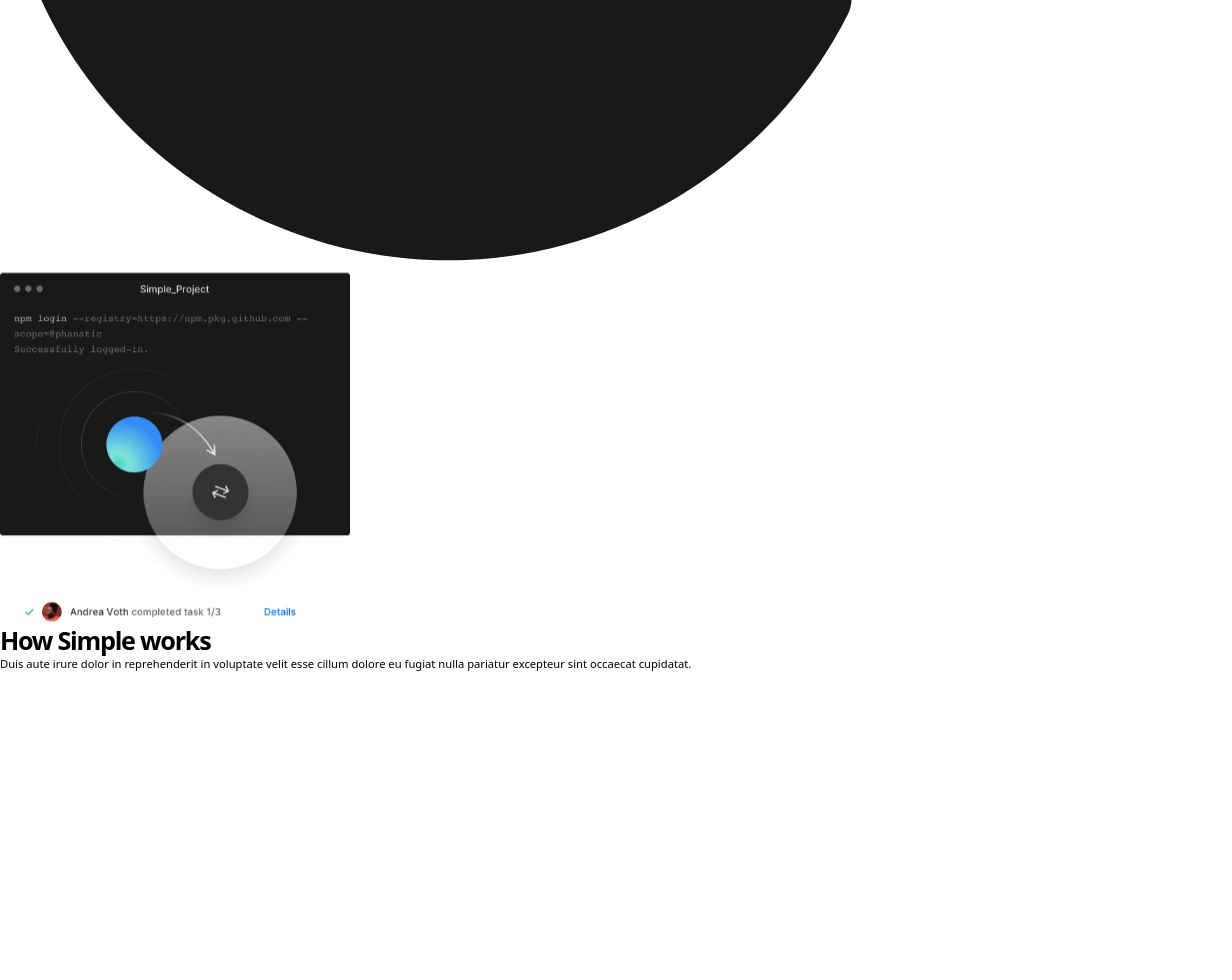
Repository: BarrySong97/flysky-landing
Page: /
These files come from the project's save history. The page is drawn as it stood at one moment and after the next save; the edit follows.
The browser window is 1280 px wide. The page is 1760 px wide, so the pictures cover 1760 px, including what lies to the right of the window. The pictures show the part of the page from y = 5100 to 6500 px (the page is 22399 px tall before and 23727 px after), at 70% of full size.
The project was rebuilt for these pictures with package versions that can differ from the ones it lists, and the page was loaded fresh each time. Also part of the build but not shown: vite.config.js, src/partials/Banner.jsx, src/pages/SignIn.jsx, src/pages/SignUp.jsx, src/pages/ResetPassword.jsx.

Above is the page before, as saved 2023-12-10 09:44:46.

After the next save:
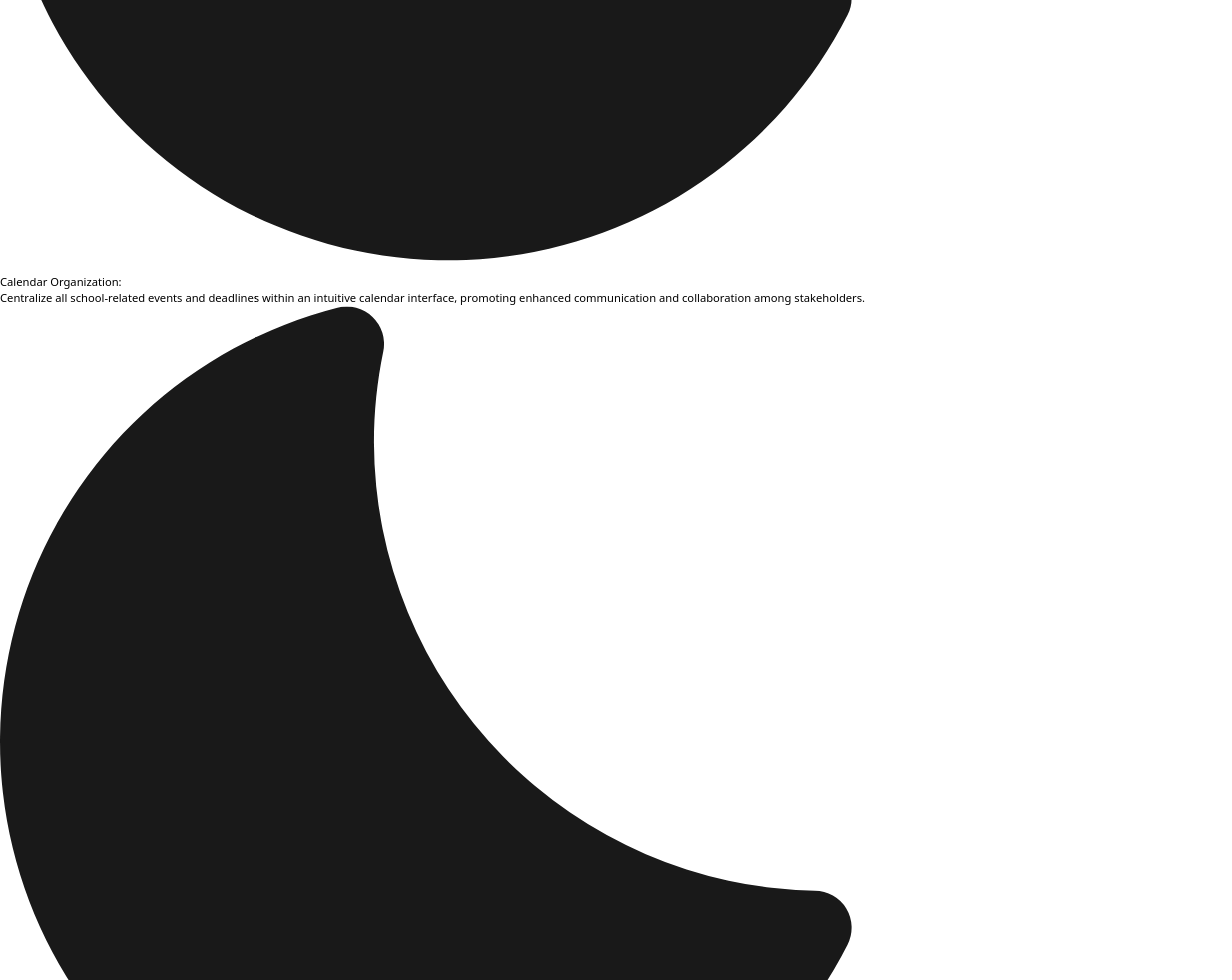
Saved 27 s later.
--- a/src/partials/Features.jsx
+++ b/src/partials/Features.jsx
@@ -157,6 +157,42 @@ function Features() {
                     </svg>
                   </div>
                 </a>
+                <a
+                  className={`flex items-center text-lg p-5 rounded border transition duration-300 ease-in-out mb-3 ${
+                    tab !== 3
+                      ? "bg-white shadow-md border-gray-200 hover:shadow-lg"
+                      : "bg-gray-200 border-transparent"
+                  }`}
+                  href="#0"
+                  onClick={(e) => {
+                    e.preventDefault();
+                    setTab(3);
+                  }}
+                >
+                  <div>
+                    <div className="font-bold leading-snug tracking-tight mb-1">
+                      Calendar Organization:
+                    </div>
+                    <div className="text-gray-600">
+                      Centralize all school-related events and deadlines within
+                      an intuitive calendar interface, promoting enhanced
+                      communication and collaboration among stakeholders.
+                    </div>
+                  </div>
+                  <div className="flex justify-center items-center w-8 h-8 bg-white rounded-full shadow flex-shrink-0 ml-3">
+                    <svg
+                      className="w-3 h-3 fill-current"
+                      viewBox="0 0 12 12"
+                      xmlns="http://www.w3.org/2000/svg"
+                    >
+                      <path
+                        d="M11.334 8.06a.5.5 0 00-.421-.237 6.023 6.023 0 01-5.905-6c0-.41.042-.82.125-1.221a.5.5 0 00-.614-.586 6 6 0 106.832 8.529.5.5 0 00-.017-.485z"
+                        fill="#191919"
+                        fillRule="nonzero"
+                      />
+                    </svg>
+                  </div>
+                </a>
               </div>
             </div>
 
